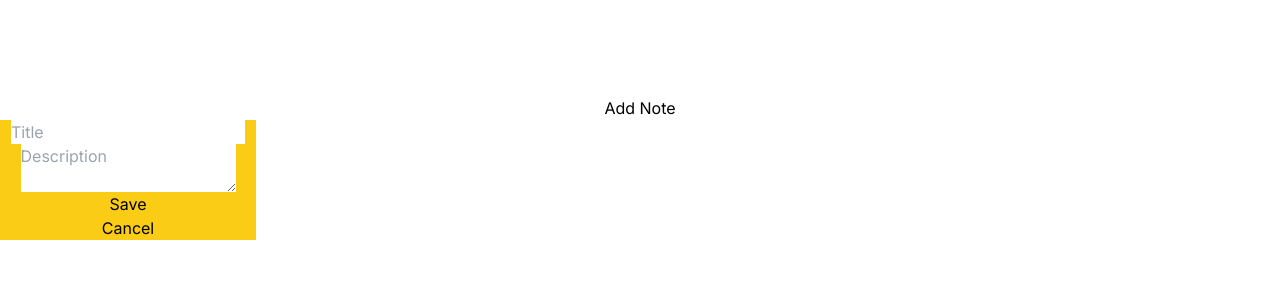
Repository: drumsmanku/next-and-nest-note-taker
Page: / (app in client/), after clicking the first element matching `button`
An editor plug-in stored every save of this project. The page is shown before and after the next save, followed by the edit.
The browser window is 1280 px wide. The pictures show the whole page.
The page's requests for data from a server got no answer. The project was rebuilt for these pictures with package versions that can differ from the ones it lists, and the page was loaded fresh each time. The framework's server and built-in components were replaced by stand-ins that run in the browser. No one was signed in, and anything a server would have sent is missing. Also part of the build but not shown: client/next.config.mjs.

Above is the page before, as saved 2024-03-14 12:40:08.

After the next save:
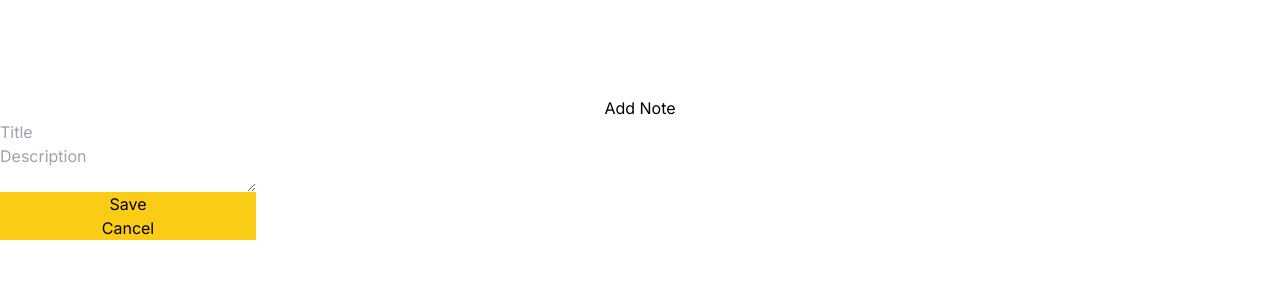
Saved 9 s later.
--- a/client/app/components/NotesComponent.tsx
+++ b/client/app/components/NotesComponent.tsx
@@ -77,7 +77,7 @@ const NotesComponent: React.FC = () => {
       <button  onClick={() => setShowCreatePopup(true)}>Add Note</button>
       <div className='flex '>
         {showCreatePopup && (
-          <div className='flex flex-col w-[20%] items-center bg-yellow-400'>
+          <div className='flex flex-col w-[20%]  bg-yellow-400'>
             <input
               type="text"
               placeholder="Title"
